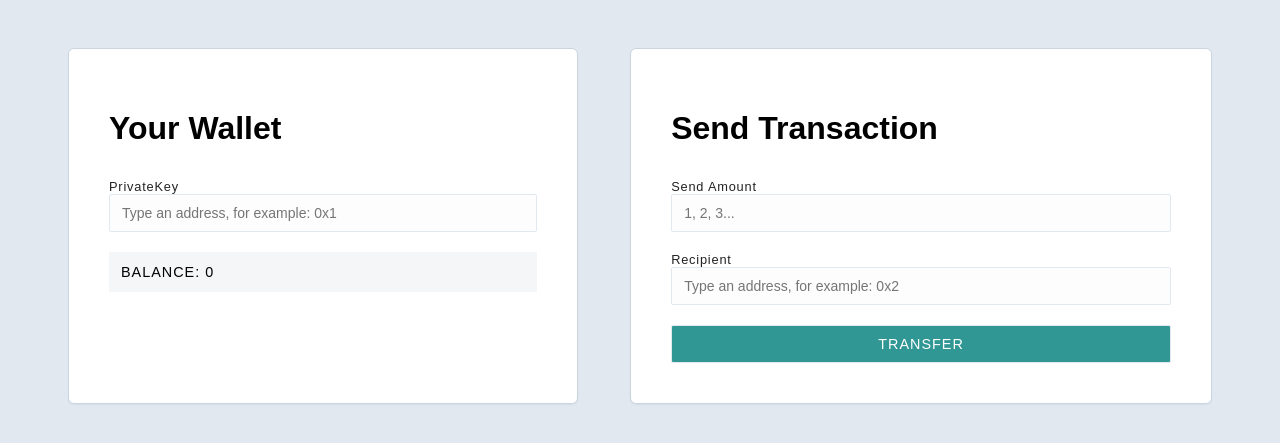
Repository: Gopal-Gurram/Alchemy-Univeristy
Page: / (app in client/)
These files come from the project's save history. The page is drawn as it stood at one moment and after the next save; the edit follows.
The browser window is 1280 px wide. The pictures show the whole page.
The project was rebuilt for these pictures with package versions that can differ from the ones it lists, and the page was loaded fresh each time. Also part of the build but not shown: client/vite.config.js.

Above is the page before, as saved 2023-01-16 20:57:29.

After the next save:
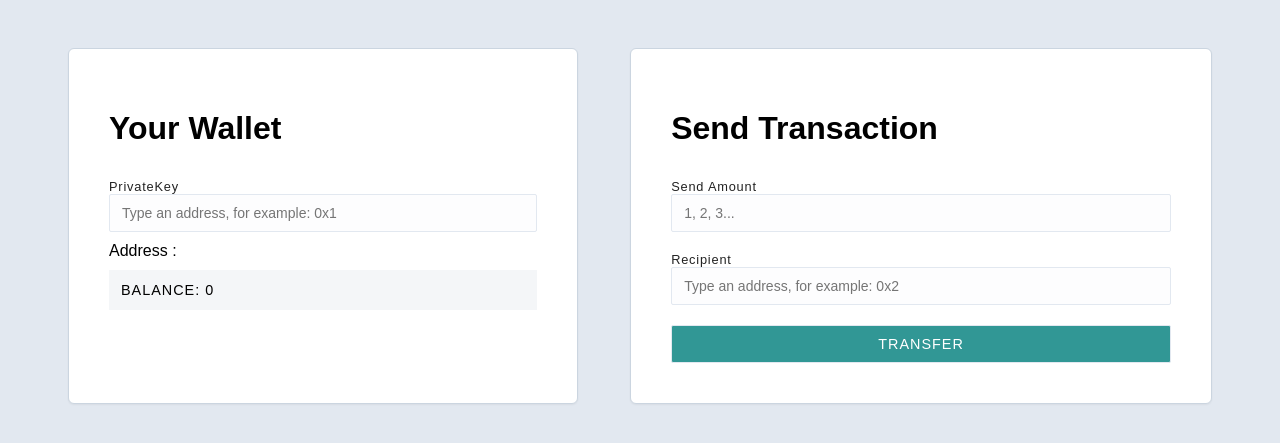
Saved 95 s later.
--- a/client/src/Wallet.jsx
+++ b/client/src/Wallet.jsx
@@ -25,6 +25,9 @@ function Wallet({ address, setAddress, balance, setBalance , privateKey , setPri
          PrivateKey
         <input placeholder="Type an address, for example: 0x1" value={privateKey} onChange={onChange}></input>
       </label>
+      <div>
+        Address : {address}
+      </div>
 
       <div className="balance">Balance: {balance}</div>
     </div>
